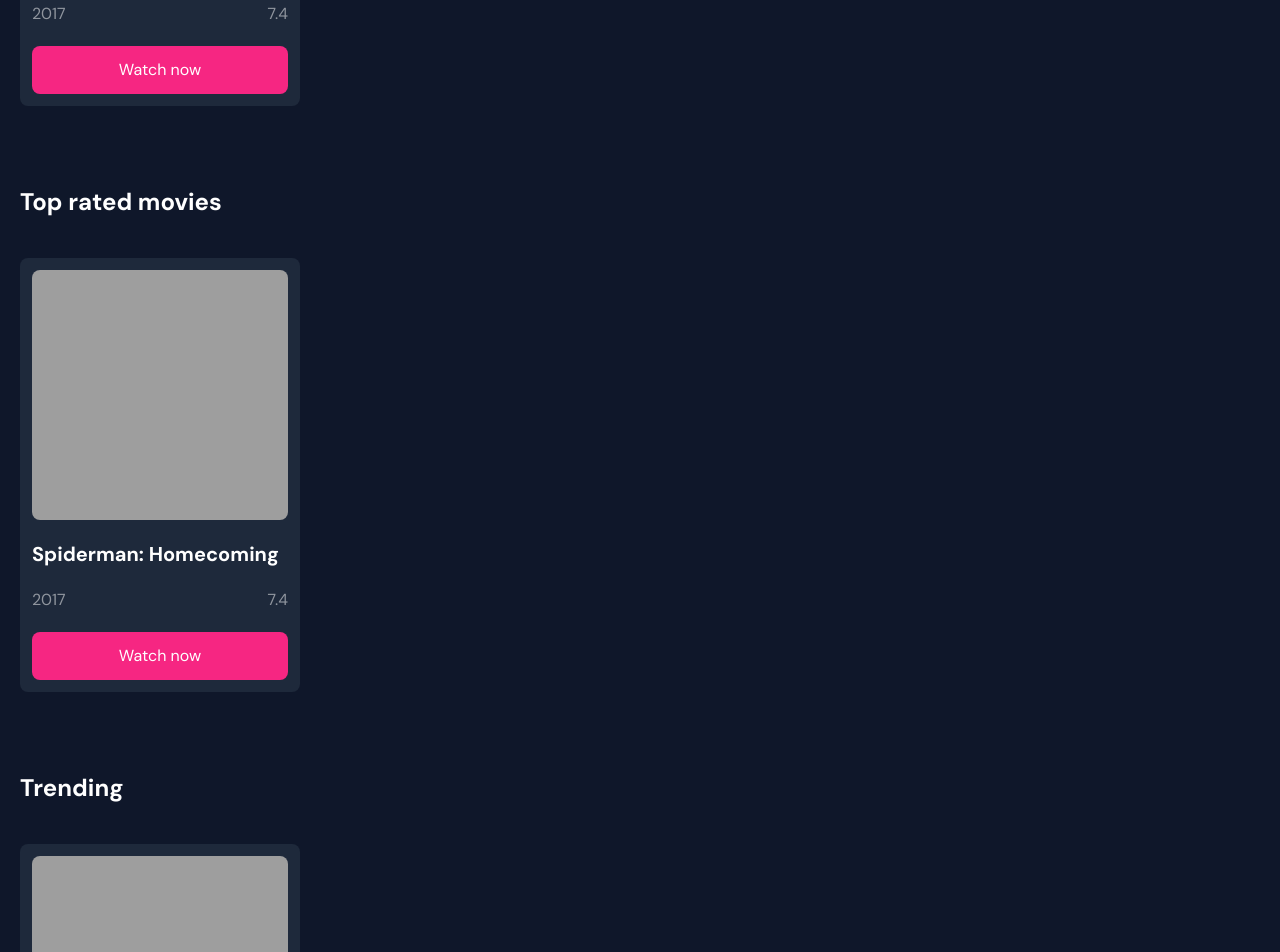
Repository: thanhdinh01/simple-movie
Page: /
The author's editor kept a copy of each file at every save. The page is drawn from the files as they stood at one save, then again after the next save.
The browser window is 1280 px wide. The pictures show the part of the page from y = 1016 to 1968 px (the page is 2374 px tall before and 2358 px after).
Pictures or frames that could not be fetched are drawn as grey boxes. The project was rebuilt for these pictures with package versions that can differ from the ones it lists, and the page was loaded fresh each time.

Above is the page before, as saved 2023-02-26 17:35:25.

### public/index.html
<!DOCTYPE html>
<html lang="en">
  <head>
    <meta charset="utf-8" />
    <link rel="icon" href="%PUBLIC_URL%/favicon.ico" />
    <meta name="viewport" content="width=device-width, initial-scale=1" />
    <meta name="theme-color" content="#000000" />
    <meta
      name="description"
      content="Web site created using create-react-app"
    />
    <link rel="apple-touch-icon" href="%PUBLIC_URL%/logo192.png" />
    <!--
      manifest.json provides metadata used when your web app is installed on a
      user's mobile device or desktop. See https://developers.google.com/web/fundamentals/web-app-manifest/
    -->
    <link rel="manifest" href="%PUBLIC_URL%/manifest.json" />
    <link rel="preconnect" href="https://fonts.googleapis.com" />
    <link rel="preconnect" href="https://fonts.gstatic.com" crossorigin />
    <link
      href="https://fonts.googleapis.com/css2?family=DM+Sans:wght@400;500;700&display=swap"
      rel="stylesheet"
    />
    <!--
      Notice the use of %PUBLIC_URL% in the tags above.
      It will be replaced with the URL of the `public` folder during the build.
      Only files inside the `public` folder can be referenced from the HTML.

      Unlike "/favicon.ico" or "favicon.ico", "%PUBLIC_URL%/favicon.ico" will
      work correctly both with client-side routing and a non-root public URL.
      Learn how to configure a non-root public URL by running `npm run build`.
    -->
    <title>React App</title>
  </head>
  <body>
    <noscript>You need to enable JavaScript to run this app.</noscript>
    <div id="root"></div>
    <!--
      This HTML file is a template.
      If you open it directly in the browser, you will see an empty page.

      You can add webfonts, meta tags, or analytics to this file.
      The build step will place the bundled scripts into the <body> tag.

      To begin the development, run `npm start` or `yarn start`.
      To create a production bundle, use `npm run build` or `yarn build`.
    -->
  </body>
</html>

### src/index.scss
@tailwind base;
@tailwind components;
@tailwind utilities;

@layer base {
  body {
    @apply bg-slate-900 font-thanh px-5;
  }
}

@layer components {
  .page-container {
    max-width: 1280px;
    @apply mx-auto;
  }
}

### src/App.js
import { Fragment, React } from "react";

function App() {
  return (
    <Fragment>
      <header className="header flex items-center justify-center gap-x-5 py-10 mb-5 text-white">
        <span className="text-primary">Home</span>
        <span>Movies</span>
      </header>
      <section className="banner page-container h-[500px] pb-20">
        <div className="relative w-full h-full rounded-3xl">
          <div className="overlay absolute inset-0 bg-gradient-to-t from-[rgb(0,0,0,0.5)] to-[rgb(0,0,0,0.5)] rounded-3xl"></div>

          <img
            src="https://nld.mediacdn.vn/2019/4/25/3515432-endgamedek-15561710302491765206118.jpg"
            alt=""
            className="w-full h-full object-cover rounded-3xl "
          />
          <div className="absolute w-full bottom-5 left-5 text-white">
            <h2 className="text-4xl font-bold mb-5">Avengers: Endgame</h2>
            <div className="flex gap-x-5 items-center mb-8">
              <span className="px-4 py-2 border border-white rounded-md">
                Adventure
              </span>{" "}
              <span className="px-4 py-2 border border-white rounded-md">
                Adventure
              </span>{" "}
              <span className="px-4 py-2 border border-white rounded-md">
                Adventure
              </span>
            </div>
            <button className="py-3 px-6 bg-primary text-white rounded-md font-medium">
              Watch Now
            </button>
          </div>
        </div>
      </section>
      <section className="movies-layout page-container  text-white pb-20">
        <h2 className="text-2xl font-bold mb-8">Now playing</h2>
        <div className="movie-list grid grid-cols-4 gap-10">
          <div className="movie-card p-3 rounded-lg bg-slate-800">
            <img
              src="https://nld.mediacdn.vn/2019/4/25/3515432-endgamedek-15561710302491765206118.jpg"
              alt=""
              className="w-full h-[250px] object-cover rounded-lg mb-5"
            />
            <h3 className="text-xl font-bold mb-5">Spiderman: Homecoming</h3>
            <div className="flex items-center justify-between opacity-50 mb-5">
              <span className="">2017</span>
              <span className="">7.4</span>
            </div>
            <button className="py-3 px-6 w-full bg-primary rounded-lg">
              Watch now
            </button>
          </div>
        </div>
      </section>
      <section className="movies-layout page-container  text-white pb-20">
        <h2 className="text-2xl font-bold mb-10">Top rated movies</h2>
        <div className="movie-list grid grid-cols-4 gap-10">
          <div className="movie-card p-3 rounded-lg bg-slate-800">
            <img
              src="https://nld.mediacdn.vn/2019/4/25/3515432-endgamedek-15561710302491765206118.jpg"
              alt=""
              className="w-full h-[250px] object-cover rounded-lg mb-5"
            />
            <h3 className="text-xl font-bold mb-5">Spiderman: Homecoming</h3>
            <div className="flex items-center justify-between opacity-50 mb-5">
              <span className="">2017</span>
              <span className="">7.4</span>
            </div>
            <button className="py-3 px-6 w-full bg-primary rounded-lg">
              Watch now
            </button>
          </div>
        </div>
      </section>
      <section className="movies-layout page-container  text-white pb-20">
        <h2 className="text-2xl font-bold mb-10">Trending</h2>
        <div className="movie-list grid grid-cols-4 gap-10">
          <div className="movie-card p-3 rounded-lg bg-slate-800">
            <img
              src="https://nld.mediacdn.vn/2019/4/25/3515432-endgamedek-15561710302491765206118.jpg"
              alt=""
              className="w-full h-[250px] object-cover rounded-lg mb-5"
            />
            <h3 className="text-xl font-bold mb-5">Spiderman: Homecoming</h3>
            <div className="flex items-center justify-between opacity-50 mb-5">
              <span className="">2017</span>
              <span className="">7.4</span>
            </div>
            <button className="py-3 px-6 w-full bg-primary rounded-lg">
              Watch now
            </button>
          </div>
        </div>
      </section>
    </Fragment>
  );
}

export default App;

### tailwind.config.js
/** @type {import('tailwindcss').Config} */
module.exports = {
  content: ["./src/**/*.{js,jsx,ts,tsx}"],
  theme: {
    extend: {
      fontFamily: {
        thanh: ["DM sans", "sans-serif"],
      },
      colors: {
        primary: "#F62682",
      },
    },
  },
  plugins: [],
};

Loaded but not shown: src/index.js (common file); src/reportWebVitals.js (common file)

After the next save:
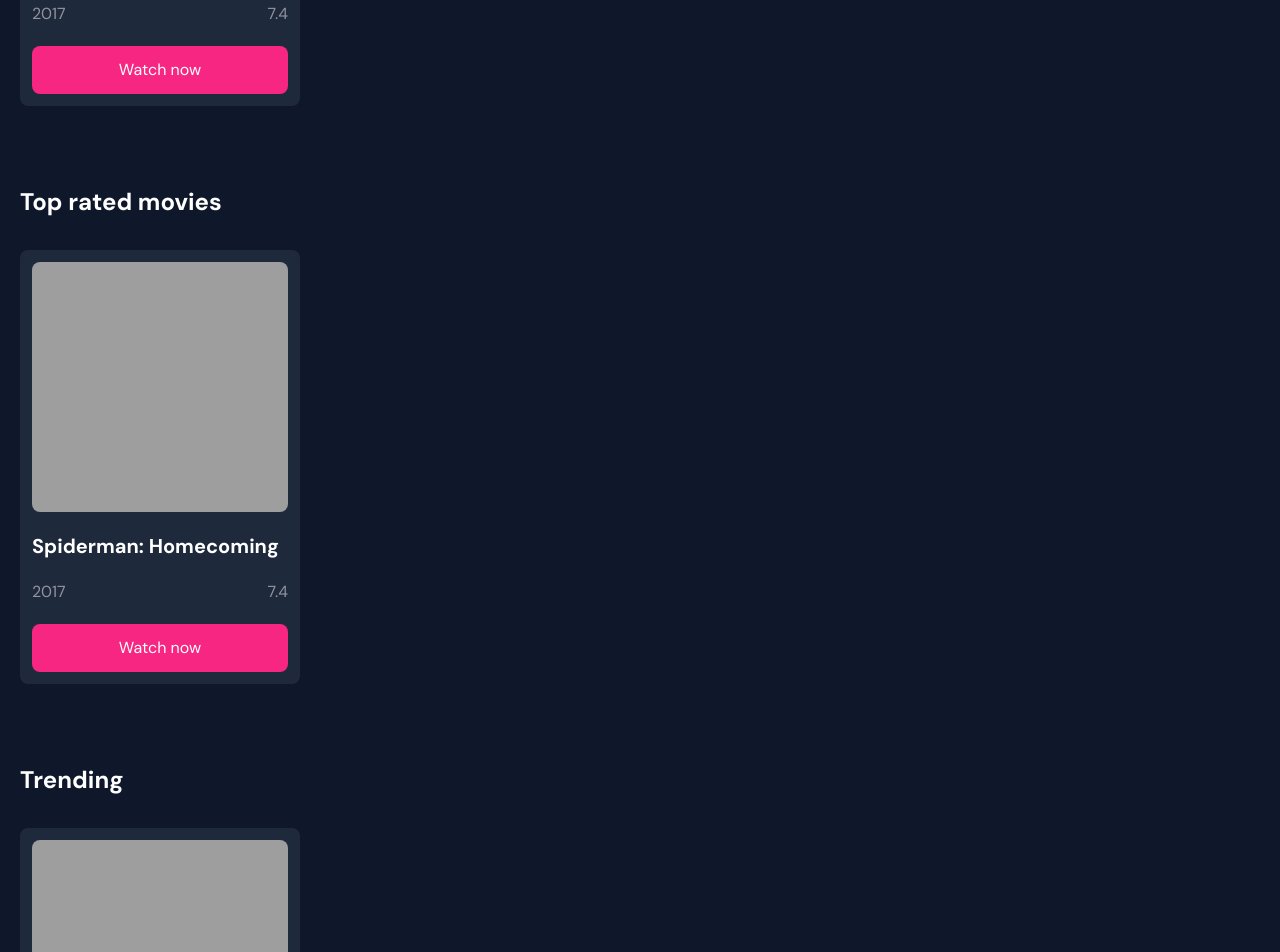
Saved 17 s later.
--- a/src/App.js
+++ b/src/App.js
@@ -56,7 +56,7 @@
         </div>
       </section>
       <section className="movies-layout page-container  text-white pb-20">
-        <h2 className="text-2xl font-bold mb-10">Top rated movies</h2>
+        <h2 className="text-2xl font-bold mb-8">Top rated movies</h2>
         <div className="movie-list grid grid-cols-4 gap-10">
           <div className="movie-card p-3 rounded-lg bg-slate-800">
             <img
@@ -76,7 +76,7 @@
         </div>
       </section>
       <section className="movies-layout page-container  text-white pb-20">
-        <h2 className="text-2xl font-bold mb-10">Trending</h2>
+        <h2 className="text-2xl font-bold mb-8">Trending</h2>
         <div className="movie-list grid grid-cols-4 gap-10">
           <div className="movie-card p-3 rounded-lg bg-slate-800">
             <img
